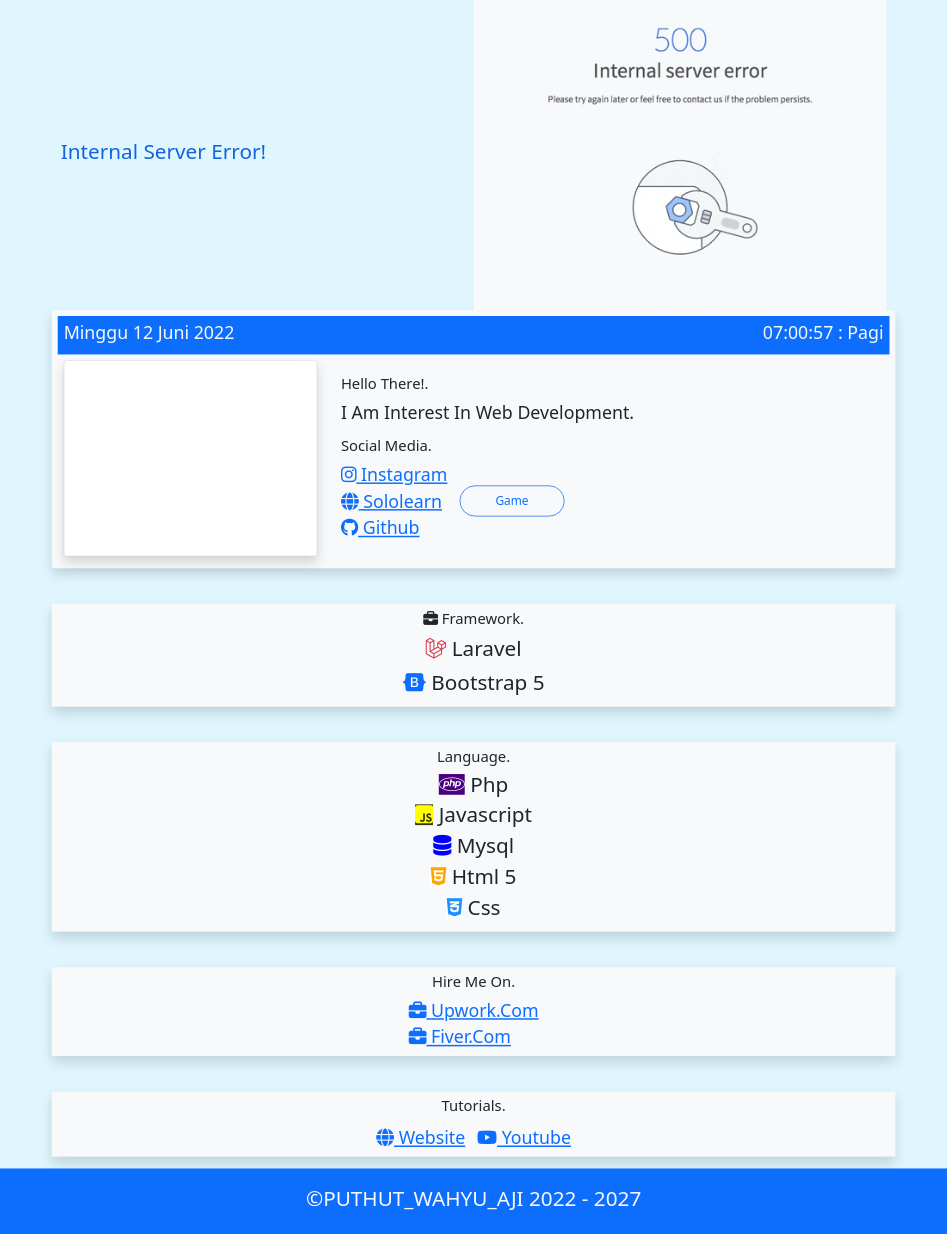
Repository: initer3737/initer3737.github.io
Page: index.html
These files come from the project's save history. The page is drawn as it stood at one moment and after the next save; the edit follows.
The browser window is 1280 px wide. The pictures show the whole page, at 74% of full size.
Pictures or frames that could not be fetched are drawn as grey boxes. Some web libraries are served in a nearby version.

Above is the page before, as saved 2022-06-12 07:31:51.

### index.html
<!DOCTYPE html>
<html lang="en">
<head>
    <meta charset="UTF-8">
    <meta http-equiv="X-UA-Compatible" content="IE=edge">
    <meta name="viewport" content="width=device-width, initial-scale=1.0">
    <title>puthut wahyu aji</title>
    <link href="https://cdn.jsdelivr.net/npm/bootstrap@5.0.2/dist/css/bootstrap.min.css" rel="stylesheet" integrity="sha384-EVSTQN3/azprG1Anm3QDgpJLIm9Nao0Yz1ztcQTwFspd3yD65VohhpuuCOmLASjC" crossorigin="anonymous">
    <script src="https://kit.fontawesome.com/7bb1ae10af.js" crossorigin="anonymous"></script>

    <link rel="stylesheet" href="css/style.css">
</head>
<body class="bg-1">
    <header class="container col-12 bg-1">
        <div class="col-12 col-md-6">
            <h3 class="color-3">internal server error!</h3>
        </div>
        <img src="img/giphy.gif" class="img-fluid col-12 col-md-6">
    </header>
    <div class="container bg-light shadow rounded  d-flex flex-column gap-4 justify-content-center align-content-center align-items-center p-2">
        <div class="row d-flex align-content-center align-items-center">
            <div class="col-12">
               <div class="bg-primary text-capitalize d-flex justify-content-between">
                <p id="fulldate" class="h4 text-light p-2"></p>
                <p id="jam" class="h4 text-light p-2"></p>
               </div>
            </div>
            <div class="col-10 col-md-5 col-lg-4">
               <div class="card shadow m-2 p-1 position-relative">
                <video src="img/Earth - 4788.mp4" loop muted autoplay class="w-100 rounded-pill py-5 px-2"></video>
                <div class="filter2"></div>
               </div>
            </div>
            <div class="col-10 col-md-9 col-lg-8">
               <h5 class="text-capitalize">Hello there!.</h5>
               <p class="fs-4">
                  i am interest in web development.
               </p>
               <h5 class="text-capitalize">social media.</h5>
               <div class="d-flex flex-row align-content-center align-items-center gap-3">
                <div class="d-flex flex-column fs-4">
                    <a href="https://www.instagram.com/puthutwahyuaji/" target="_blank" class="text-capitalize"><i class="fa-brands fa-instagram"></i> instagram</a>
                    <!-- <a href="https://www.facebook.com/puthut.wahyuaji.94/" target="_blank" class="text-capitalize"><i class="fa-brands fa-facebook"></i> facebook</a>
                    <a href="https://twitter.com/puthut_wahkyu" target="_blank" class="text-capitalize"><i class="fa-brands fa-twitter"></i> twitter</a> -->
                    <a href="https://www.sololearn.com/profile/22926925" target="_blank" class="text-capitalize"><i class="fa-solid fa-globe"></i> sololearn</a>
                    <!-- <a href="https://www.duolingo.com/profile/PUTHUTWAHY" target="_blank" class="text-capitalize"><i class="fa-solid fa-globe"></i> duolingo</a> -->
                    <a href="https://github.com/initer3737" target="_blank" class="text-capitalize"><i class="fa-brands fa-github"></i> github</a>
                </div>
                <div class=""><a href="game.html" class="btn btn-outline-primary rounded-pill px-5 py-2">Game</a></div>
            </div>
            </div>
        </div>
    </div>
    <!-- https://www.fiverr.com/share/lYqN8j -->
    <div class="container bg-light shadow mt-5 d-flex flex-column gap-1 justify-content-center align-content-center align-items-center p-2">
        <h5><i class="fa-solid fa-briefcase"></i> framework.</h5>
            <h3><i class="fa-brands fa-laravel text-danger"></i> laravel</h3>
            <h3><i class="fa-brands fa-bootstrap text-primary"></i> bootstrap 5</h3>
        </div>
    </div>

    <div class="container bg-light shadow mt-5 d-flex flex-column  justify-content-center align-content-center align-items-center p-2">
        <h5>language.</h5>
            <h3><i class="fa-brands fa-php php"></i> php</h3>
            <h3><i class="fa-brands fa-js-square javascript"></i> javascript</h3>
            <h3><i class="fa-solid fa-database mysql"></i> mysql</h3>
            <h3><i class="fa-brands fa-html5 html"></i> html 5</h3>
            <h3><i class="fa-brands fa-css3-alt css"></i> css</h3>
        </div>

        <div class="container bg-light shadow mt-5 d-flex flex-column  justify-content-center align-content-center align-items-center p-2">
            <h5 class="capitalize">Hire me on.</h5>
            <div class="d-flex flex-column fs-4">
                <a href="https://www.upwork.com/workwith/puthutwahyuaji" target="_blank"><i class="fa-solid fa-briefcase"></i> upwork.com</a>
                <a href="https://www.fiverr.com/share/lYqN8j" target="_blank"><i class="fa-solid fa-briefcase"></i> fiver.com</a>
            </div>
            </div>

    </div>

    <div class="container bg-light shadow mt-5 d-flex flex-column gap-1 justify-content-center align-content-center align-items-center p-2">
        <h5>tutorials.</h5>
        <div class="fs-4 d-flex gap-3">
            <a href="https://initer3737.github.io/course/html/pages/course.html" target="_blank"><i class="fa-solid fa-globe"></i> website</a>
            <a href="https://www.youtube.com/channel/UClsfa0LkA3_YMsFjW1M__sw" target="_blank"><i class="fa-brands fa-youtube"></i> youtube</a>
        </div>
    </div>

    <footer class="bg-primary mt-3 p-4 text-light">
        <h3 class="text-center">&copy;PUTHUT_WAHYU_AJI <span id="year"></span></h3>
    </footer>
    <div class="modals-groups">
        <div class="modal fade" id="quotes">
            <div class="modal-dialog modal-dialog-centered">
                <div class="modal-content">
                    <div class="modal-header">
                        <h5 class="modal-title">message</h5>
                        <button class="btn-close" data-bs-dismiss="modal"></button>
                    </div>
                    <div class="modal-body">
                        <blockquote>"
                            manusia memiliki keinginan untuk menjadi kuat
                            sehingga lupa untuk menurunkan bakatnya pada
                            generasi selanjutnya lalu pada akhirnya mereka
                            tak mendapatkan apapun , tak akan ada yang
                            dapat mengingat namanya."
                        </blockquote> <hr>
                        <blockquote>
                            "kau tahu? , meski kau menghargai hidupmu,
                            orang lain begitu mudah menginjak-injaknya."
                            <p class="text-center">
                                -yorichi sugikuni
                            </p>
                        </blockquote>
                    </div>
                </div>
            </div>
        </div>
    </div>
    <script src="https://cdn.jsdelivr.net/npm/bootstrap@5.0.2/dist/js/bootstrap.bundle.min.js" integrity="sha384-MrcW6ZMFYlzcLA8Nl+NtUVF0sA7MsXsP1UyJoMp4YLEuNSfAP+JcXn/tWtIaxVXM" crossorigin="anonymous"></script>
</body>
</html>

<script>
    function Years() {
        $date=new Date();
        let t=document.getElementById('year');
        t.innerHTML=`${$date.getFullYear()} - ${$date.getFullYear()+5}`;
    }
    function Jam(){
        let T=document.getElementById('jam');
        let time=new Date();let hour;let minuets;let second;let statusTime;
        hour=validateTime(time.getHours());minuets=validateTime(time.getMinutes());second=validateTime(time.getSeconds());statusTime=()=>{
            if(hour > 00 &&hour < 11 ){
                status="pagi";
            }else if(hour >11 && hour < 15){
                status="siang";
            }else if(hour > 15 && hour < 18 ){
                status="sore";
            }else{
                status="malam";
            }

            return status;
        };
        T.innerHTML=`${hour}:${minuets}:${second} : ${statusTime()}`;
        setTimeout('Jam()',1000);
    }
    function Tanggal(){
        let t=document.getElementById("fulldate");
        let time=new Date();
        let hari;let bulan;let tanggal;let tahun;let hariAngka=time.getDate();
        tahun=time.getFullYear();bulan=time.getMonth();hari=time.getDay();
        let data={
            hari:["minggu","senin","selasa","rabu","kamis","jum'at","sabtu"],
            bulan:["januari","february","maret","april","mei","juni","juli","agustus","september","oktober","november","desember"]
        };
         t.innerHTML=`${data.hari[hari]}  ${hariAngka}  ${data.bulan[bulan]}  ${tahun}`;
    }
    const validateTime=(T)=>T<10 ?'0'+T:T;

    const initialize=()=>{
                Tanggal();
                Years();
                Jam();
            }

            initialize();
</script>

### css/style.css
*{
    text-transform: capitalize;
   cursor: url(https://ani.cursors-4u.net/cursors/cur-13/cur1162.ani), url(https://ani.cursors-4u.net/cursors/cur-13/cur1162.png), auto !important;
}
body{
    cursor: url('img/cursor.jpeg'),auto;
    /* background-color: #ddd; */
}
a:hover{
    transition:ease-in-out 0.5s;
    color: blueviolet;
    text-decoration: none;
}
.css{
    color: dodgerblue;
    background-color:white ;
}
.html{
    color: orange;
    background-color: white;
}
.mysql{
    background-color:white ;
    color: blue;
}
.javascript{
    background-color:rgb(51, 51, 9) ;
    color: yellow;
}
.php{
    background-color:indigo ;
    color: white;
}
header{
    /* height: 90vh; */
    display: flex;
    align-items: center;
    align-content: center;
    justify-content: center;
}
.filter{
    background-color: dodgerblue;
    opacity: 0.6;
    height: 100%;
    top: 0;
    width: 100%;
    position: absolute;
}
.text-container{
    z-index: 999;
}
.card:hover{
    /* border-color: dodgerblue; */
    background-color: dodgerblue;
    transform: perspective(12px);
    cursor: pointer;
}
.gambar{
    background-image: #000;
}

/*color pallete*/
.color-1{
    color:#DFF6FF;
}
.bg-1{
    background-color:#DFF6FF;
}

.color-2{
    color:#47B5FF;
}
.bg-2{
    background-color:#47B5FF;
}

.color-3{
    color:#1363DF;
}
.bg-3{
    background-color:#1363DF;
}

.color-4{
    color:#06283D;
}
.bg-4{
    background-color:#06283D;
}

After the next save:
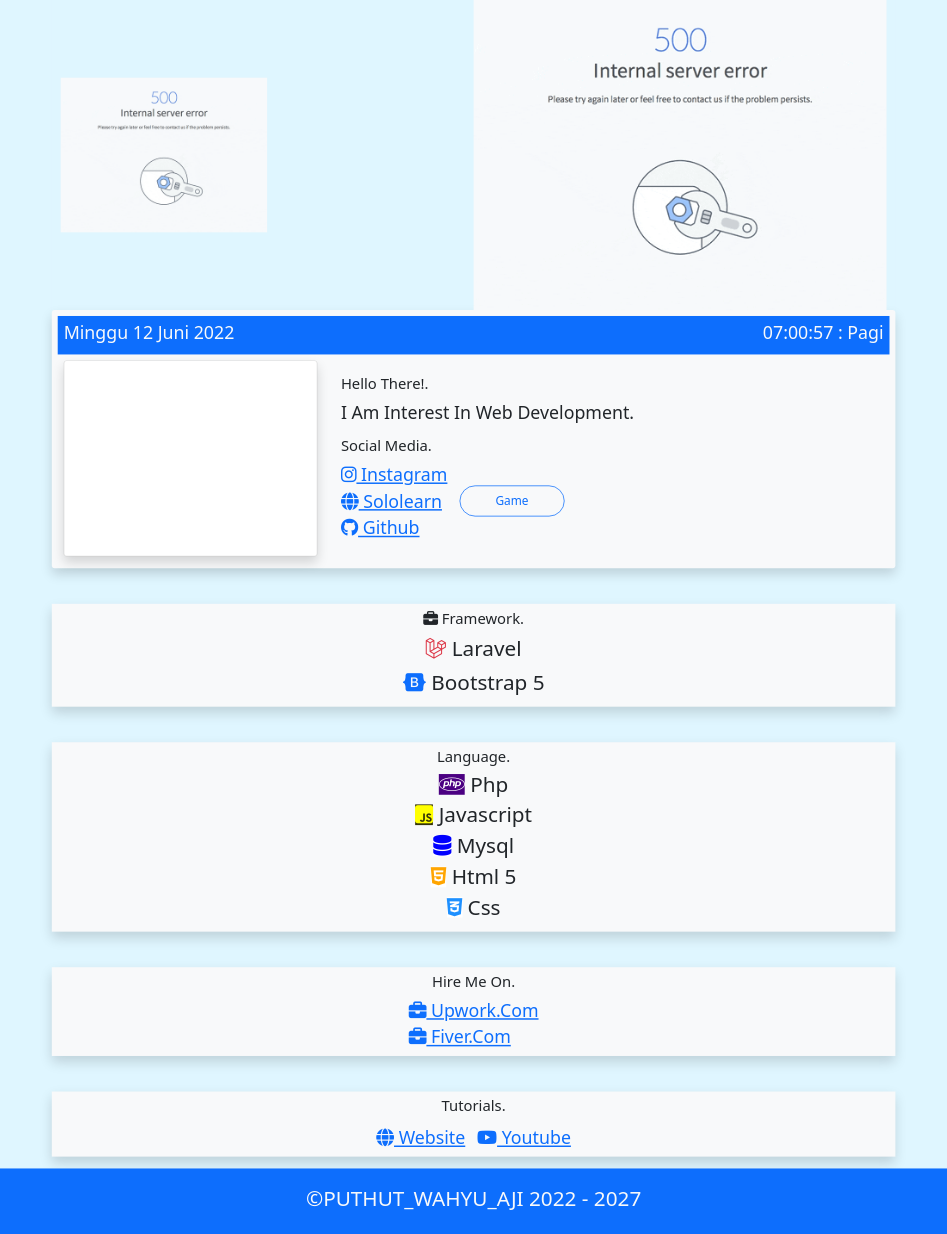
Saved 93 s later.
--- a/index.html
+++ b/index.html
@@ -13,7 +13,7 @@
 <body class="bg-1">
     <header class="container col-12 bg-1">
         <div class="col-12 col-md-6">
-            <h3 class="color-3">internal server error!</h3>
+            <img src="img/giphy.gif" class="img-fluid col-12 col-md-6">
         </div>
         <img src="img/giphy.gif" class="img-fluid col-12 col-md-6">
     </header>
